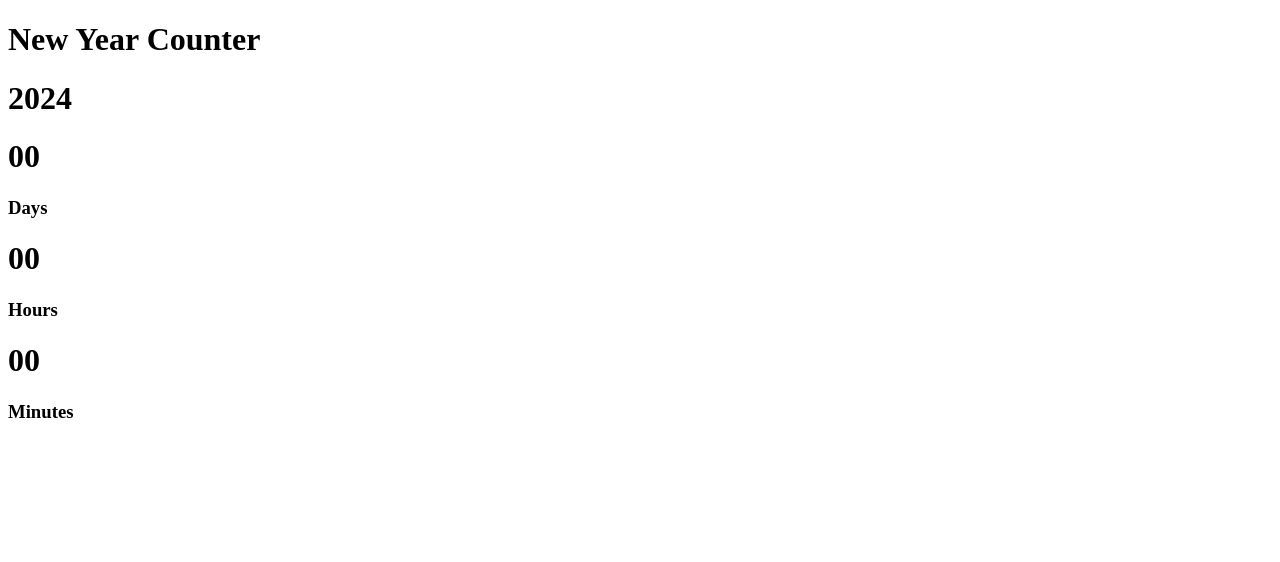
Repository: JunaidAnsari202/New-Year-counter
Page: index.html
The author's editor kept a copy of each file at every save. The page is drawn from the files as they stood at one save, then again after a run of saves.
The browser window is 1280 px wide. The pictures show the whole page.

Above is the page before, as saved 2024-11-13 15:16:20.
Console error: SyntaxError: Unexpected end of input

### index.html
<!DOCTYPE html>
<html lang="en">
<head>
    <meta charset="UTF-8">
    <meta name="viewport" content="width=device-width, initial-scale=1.0">
    <title>New Year Counter</title>
    <link rel="stylesheet" href="style.css">

</head>
<body>
    <div class="container">
        <div class="header">
            <h1>New Year Counter</h1>
        </div>
        <div class="next-year">
            <h1 id="next-year">2024</h1>
        </div>

        <div class="counter">
           <div class="days">
            <h1 id="days">00</h1>
            <h3>Days</h3>
           </div>

           <div class="hours">
            <h1 id="hours">00</h1>
            <h3>Hours</h3>
           </div>

           <div class="minutes">
            <h1 id="minutes">00</h1>
            <h3>Minutes</h3>
           </div>
        </div>
    </div>

    <script src="script.js"></script>
</body>
</html>

Loaded but not shown: script.js (common file); style.css (no copy from this time; the picture is the same without it)

After the next 12 saves:
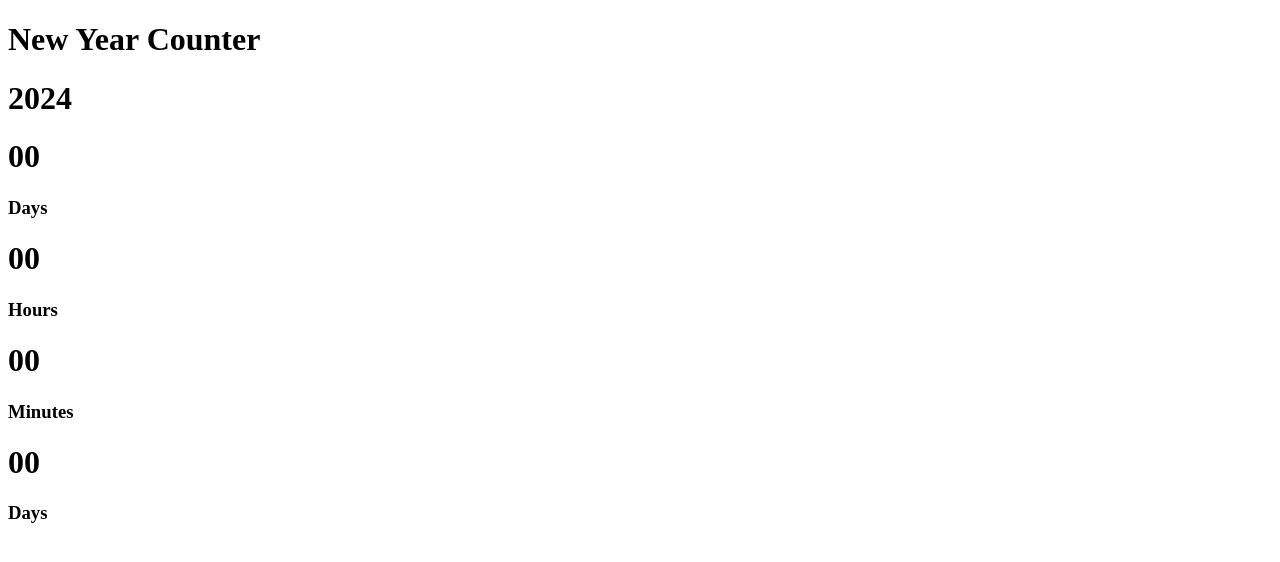
The 12 saves are shown as one change because they came seconds apart.
The last was saved 20 s later.
--- a/index.html
+++ b/index.html
@@ -31,6 +31,11 @@
             <h1 id="minutes">00</h1>
             <h3>Minutes</h3>
            </div>
+
+           <div class="seconds">
+            <h1 id="seconds">00</h1>
+            <h3>Days</h3>
+           </div>
         </div>
     </div>
 
